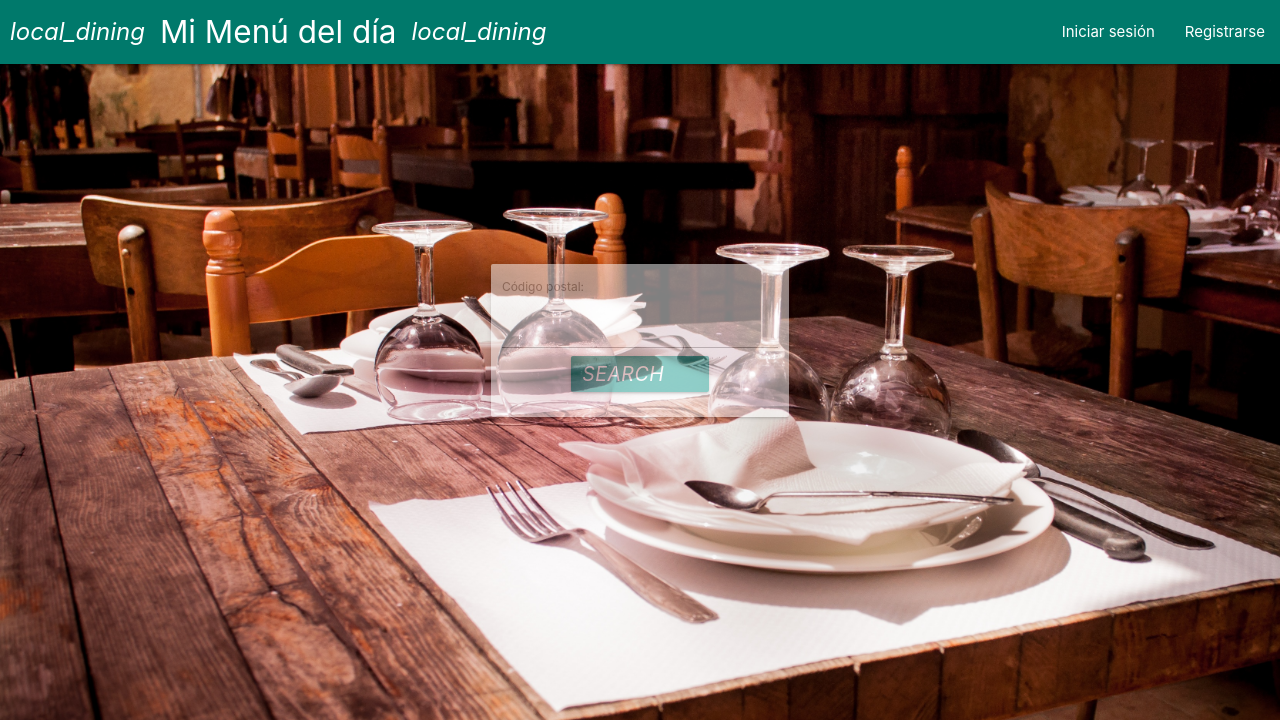
Repository: ixtab/ProyectoJavaRestaurante
Page: http://localhost/MiMenu/
An editor plug-in stored every save of this project. The page is shown before and after the next save, followed by the edit.
The browser window is 1280 px wide. The pictures show the whole page.
The page is served by Tomcat 9.

Above is the page before, as saved 2019-03-17 19:49:37.

### MiMenu/WebContent/index.jsp
<%@ page language="java" contentType="text/html; charset=ISO-8859-1"
    pageEncoding="ISO-8859-1"%>
<!DOCTYPE html>
<html>
<head>
	<meta charset="utf-8">
      <link href="https://fonts.googleapis.com/icon?family=Material+Icons" rel="stylesheet">
      <link type="text/css" rel="stylesheet" href="css/materialize.min.css"  media="screen,projection"/>
      <link type="text/css" rel="stylesheet" href="css/style.css" />
      <meta name="viewport" content="width=device-width, initial-scale=1.0"/>
	<title>Mi Menú del día</title>

</head>
<body>

	<header>
			<nav>
			    <div class="teal darken-2 nav-wrapper">
			      <a href="#" class="brand-logo"><i class="large material-icons">local_dining</i> Mi Menú del día <i class="large material-icons right">local_dining</i></a>
			      <ul id="nav-mobile" class="right hide-on-med-and-down">
			        <li><a href="iniciar.jsp">Iniciar sesión</a></li>
			        <li><a href="registro.jsp">Registrarse</a></li>
			      </ul>
			    </div>
			  </nav>
		</header>

	<div class="trans margen-superior container row">
		<div class="margen-superior card-panel col s4 offset-s4 padding">

			<form class = "flow-text">
				<label >Código postal:<input type="text" id="cp"></label>
			</form>
			<a class=" margen-inferior waves-effect waves-light btn col s6 offset-s3 hoverable" onclick="buscar()"><i class="material-icons left">search</i>Buscar</a>
		</div>
	</div>


	<script type="text/javascript" src="js/materialize.min.js"></script>
</body>
</html>

### MiMenu/WebContent/css/style.css
html {
    background: url(../img/fondo.jpg) no-repeat center center fixed;
    -webkit-background-size: cover;
    -moz-background-size: cover;
    -o-background-size: cover;
    background-size: cover;
}

body {

}


.margen-superior {
	margin-top: 100px;
}

.margen-inferior {
	margin-bottom: 25px;
}

.mapa {
	display: none;
}

.trans {
	opacity: 0.5;
}
.brand-logo {
	padding-left: 10px !important;
}

Loaded but not shown: MiMenu/WebContent/css/materialize.min.css (library); MiMenu/WebContent/js/materialize.min.js (library)

After the next save:
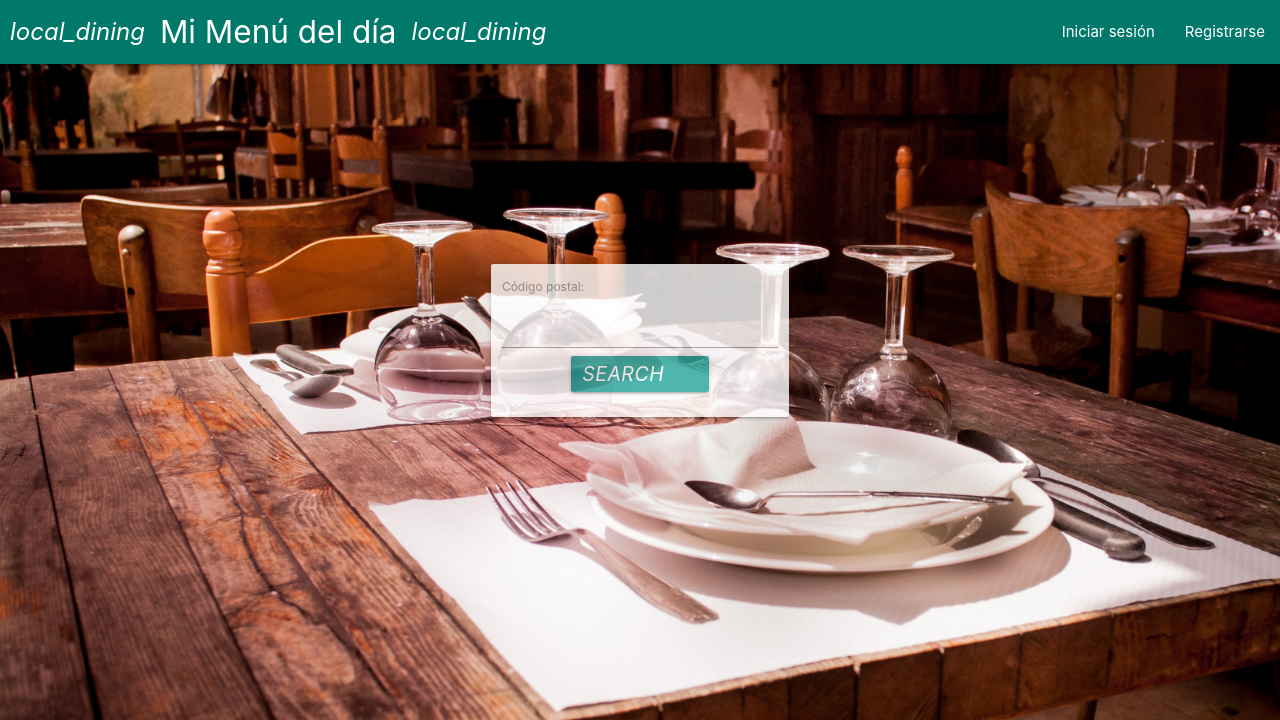
Saved 22 s later.
--- a/MiMenu/WebContent/css/style.css
+++ b/MiMenu/WebContent/css/style.css
@@ -24,7 +24,7 @@ body {
 }
 
 .trans {
-	opacity: 0.5;
+	opacity: 0.8;
 }
 .brand-logo {
 	padding-left: 10px !important;
